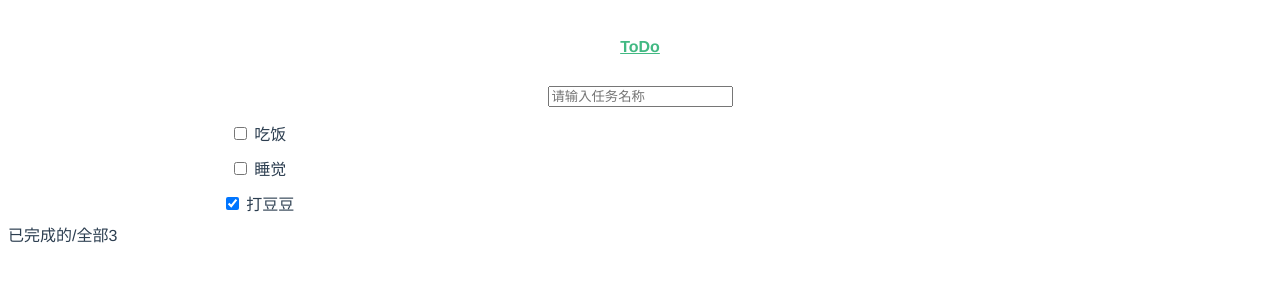
Repository: flyerwge/ToDo
Page: /
An editor plug-in stored every save of this project. The page is shown before and after the next save, followed by the edit.
The browser window is 1280 px wide. The pictures show the whole page.
The project was rebuilt for these pictures with package versions that can differ from the ones it lists, and the page was loaded fresh each time. Also part of the build but not shown: vue.config.js.

Above is the page before, as saved 2021-03-13 16:46:26.

### src/App.vue
<template>
  <div id="nav"><router-link to="/">ToDo</router-link></div>
  <router-view />
</template>

<style lang="scss">
#app {
  font-family: Avenir, Helvetica, Arial, sans-serif;
  -webkit-font-smoothing: antialiased;
  -moz-osx-font-smoothing: grayscale;
  text-align: center;
  color: #2c3e50;
}

#nav {
  padding: 30px;

  a {
    font-weight: bold;
    color: #2c3e50;

    &.router-link-exact-active {
      color: #42b983;
    }
  }
}
</style>

### src/store/index.js
import { createStore } from 'vuex'

export default createStore({
  //定义所需要的状态
  state: {
    list: [
      {
        title: "吃饭",
        complete: false,
      },
      {
        title: "睡觉",
        complete: false,
      },
      {
        title: "打豆豆",
        complete: true,
      }
    ]
  },
  //同步修改state
  //方法集合，方法中需要传入两个参数，state和需要修改的值
  mutations: {
    //添加任务列表
    addToDo(state, payload) {
      state.list.push(payload);
    },

    //删除任务 splice(下标, 个数)
    delToDo(state, payload) {
      state.list.splice(payload, 1);    //删除第payload项
    },

    //清除已完成
    clear(state, payload) {
      state.list = payload;
    }
  },
  //异步提交mutation
  //方法中需要两个参数，第一个参数是store，第二个参数是修改的值
  actions: {
  },
  //模块化
  modules: {
  }
})

### src/views/Home.vue
<template>
  <!-- 编写HTML内容 -->
  <div>
    <nav-header @add="add"></nav-header>
    <nav-main :list="list" @del="del"></nav-main>
    <nav-footer :list="list"></nav-footer>
  </div>
</template>

<script>
// 编写js内容

import NavHeader from "@/components/navHeader/NavHeader";
import NavMain from "@/components/navMain/NavMain";
import NavFooter from "@/components/navFooter/NavFooter";

import { defineComponent, ref, computed } from "vue";
import { useStore } from "vuex";

export default defineComponent({
  name: "Home", //组件名称
  //接收父组件的数据
  props: {},
  //定义子组件的地方
  components: {
    NavHeader,
    NavMain,
    NavFooter,
  },
  setup() {
    let value = ref("");
    let store = useStore();
    let list = computed(() => {
      return store.state.list;
    });

    //添加任务
    let add = (val) => {
      value.value = val;
      let flag = true; //判断任务是否重复
      list.value.map((item) => {
        if (item.title === value.value) {
          flag = false;
          alert("任务已存在");
        }
      });

      // 调用mutation方法
      if (flag) {
        store.commit("addToDo", {
          title: value.value,
          complete: false,
        });
      }
    };

    //删除任务
    let del = (val) => {
      console.log(val);
      store.commit("delToDo", val);
    };
    return {
      add,
      value,
      list,
      del,
    };
  },
});
</script>

<style scoped lang = "scss">
</style>

### src/components/navHeader/NavHeader.vue
<template>
  <div>
    <input
      placeholder="请输入任务名称"
      v-model="value"
      @keydown.enter="enter"
    />
  </div>
</template>

<script>
import { defineComponent, ref } from "vue";

export default defineComponent({
  name: "navHeader",
  setup(props, ctx) {
    let value = ref("");
    //回车确认
    let enter = () => {
      ctx.emit("add", value.value);
      value.value = null;
    };
    return {
      value,
      enter,
    };
  },
});
</script>


<style scoped lang = "scss">
input {
  margin-bottom: 10px;
}
</style>

### src/components/navMain/NavMain.vue
<template>
  <div>
    <div v-if="list.length > 0">
      <div v-for="(item, index) in list" :key="index">
        <div class="item">
          <input type="checkbox" v-model="item.complete" />
          {{ item.title }}
          <button class="del" @click="del(item, index)">删除</button>
        </div>
      </div>
    </div>
    <div v-else>暂无任务</div>
  </div>
</template>

<script>
import { defineComponent, ref } from "vue";

export default defineComponent({
  name: "navMain",
  props: {
    list: {
      type: Array,
      required: true,
    },
  },
  emits: ["del"],
  setup(props, ctx) {
    //删除任务
    let del = (item, index) => {
      ctx.emit("del", index);
    };

    return {
      del,
    };
  },
});
</script>

<style scoped lang = "scss">
.item {
  height: 35px;
  line-height: 35px;
  position: relative;
  width: 500px;
  cursor: pointer;
  .del {
    position: absolute;
    right: 2px;
    top: 6px;
    display: none;
    z-index: 99;
  }
  &:hover {
    background: #fff8dc;
    .del {
      display: block;
    }
  }
}
</style>

### src/components/navFooter/NavFooter.vue
<template>
  <div class="container">
    <div>已完成的{{ isComplete }}/全部{{ list.length }}</div>
    <div v-if="isComplete > 0" class="btn">
      <button @click="clear">清除已完成</button>
    </div>
  </div>
</template>

<script>
import { defineComponent, ref, computed } from "vue";

export default defineComponent({
  name: "navFooter",
  props: {
    list: {
      type: Array,
      required: true,
    },
  },
  setup(props) {
    let isComplete = computed(() => {
      //过滤已完成的
      let arr = props.list.filter((item) => {
        return item.complete;
      });
    });
    //清除已完成
    let clear = () => {
      console.log("已清除");
    };
    return {
      isComplete,
      clear,
    };
  },
});
</script>


<style scoped lang = "scss">
.container {
  display: flex;
  align-items: center;
  .btn {
    margin-left: 10px;
  }
}
</style>

Loaded but not shown: public/index.html (common file); src/main.js (common file); src/router/index.js (common file)

After the next save:
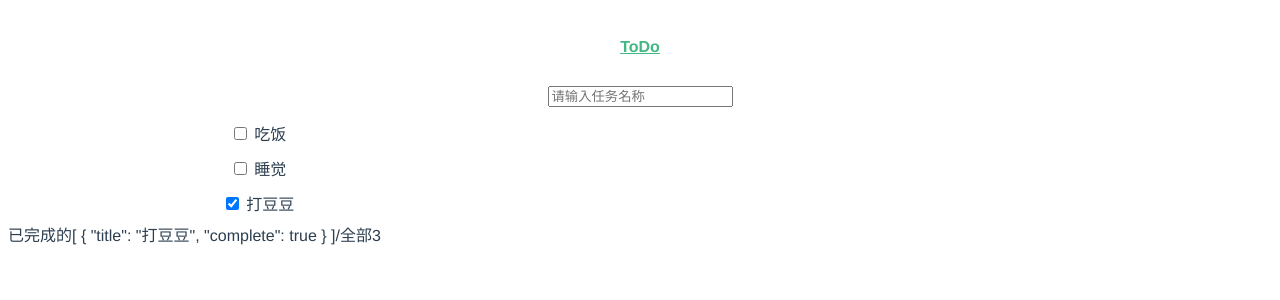
Saved 14 s later.
--- a/src/components/navFooter/NavFooter.vue
+++ b/src/components/navFooter/NavFooter.vue
@@ -24,6 +24,7 @@ export default defineComponent({
       let arr = props.list.filter((item) => {
         return item.complete;
       });
+      return arr;
     });
     //清除已完成
     let clear = () => {
